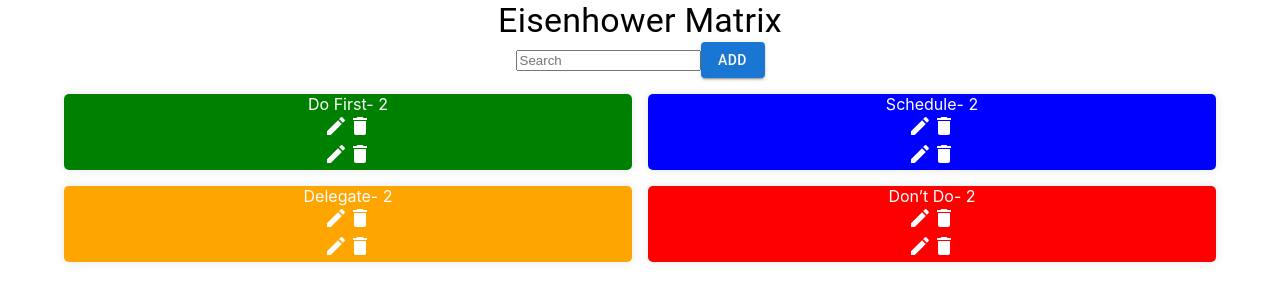
Repository: GokulDev4U/Krixi_react_assignment
Page: /
An editor plug-in stored every save of this project. The page is shown before and after the next save, followed by the edit.
The browser window is 1280 px wide. The pictures show the whole page.
The project was rebuilt for these pictures with package versions that can differ from the ones it lists, and the page was loaded fresh each time.

Above is the page before, as saved 2022-04-04 14:09:47.

### src/App.js
import React, { useState } from "react";
// import { Counter } from "./features/counter/Counter";
import { Container, Grid, Button, Typography } from "@mui/material";
import Card from "./Components/card/Card";
import "./App.css";
import { useDispatch, useSelector } from "react-redux";
import { add, remove, edit, selectTodo } from "./features/todo/todoSlice";

function App() {
  const dispatch = useDispatch();

  const [todo, setTodo] = useState("");
  return (
    <div className="App">
      <Container sx={{ flexGrow: 1 }}>
        <Typography variant="h4">Eisenhower Matrix</Typography>
        <Grid container spacing={2}>
          <Grid item xs={12}>
            <input
              type="text"
              placeholder="Search"
              onChange={(e) => setTodo(e.target.value)}
            />
            <Button
              variant="contained"
              color="primary"
              onClick={dispatch(add(todo))}
            >
              Add
            </Button>
          </Grid>
          <Grid item xs={6}>
            <Card color="green" title="Do First" />
          </Grid>
          <Grid item xs={6}>
            <Card color="blue" title="Schedule" />
          </Grid>
          <Grid item xs={6}>
            <Card color="orange" title="Delegate" />
          </Grid>
          <Grid item xs={6}>
            <Card color="red" title="Don’t Do" />
          </Grid>
        </Grid>
      </Container>
    </div>
  );
}

export default App;

### src/app/store.js
import { configureStore } from "@reduxjs/toolkit";
import todoReducer from "../features/todo/todoSlice";

export const store = configureStore({
  reducer: {
    todo: todoReducer,
  },
});

### src/Components/card/Card.jsx
import React from 'react';
import { useSelector } from 'react-redux';
import { selectTodo } from '../../features/todo/todoSlice';
import EditIcon from '@mui/icons-material/Edit';
import DeleteIcon from '@mui/icons-material/Delete';
import './Card.css';

const Card = ({ color, title }) => {
  const todos = useSelector(selectTodo);

  return (
    <div className='box' style={{ backgroundColor: `${color}` }}>
      <div className="card-title">
        {`${title}- ${2}`}
      </div>
      <div className="card-content">
        {todos.map((todo, index) => (
          <div key={index}>
            {todo}
            <EditIcon />
            <DeleteIcon />
          </div>
        ))}
      </div>
    </div>
  );
};

export default Card;

### src/features/todo/todoSlice.jsx
import { createSlice } from "@reduxjs/toolkit";

const initialState = {
    value: [],
};

export const todoSlice = createSlice({
    name: "todo",
    initialState,
    reducers: {
        add: (state, action) => {
            state.value.push(action.payload);
        },
        remove: (state) => {
            // state.value -= 1;
        },
        edit: (state, action) => {
            // state.value += action.payload;
        },
    },
});

export const { add, remove, edit } = todoSlice.actions;

export const selectTodo = (state) => state.todo.value;

export default todoSlice.reducer;

### src/Components/card/Card.css
 .box{
    width: 100%;
    height: 100%;
    color: #fff;
    border-radius: 5px;
    box-shadow: 0 0 10px rgba(0,0,0,0.1);
    overflow: hidden;
    cursor: pointer;
 }

Loaded but not shown: public/index.html (common file); src/index.js (common file); src/index.css (common file); src/serviceWorker.js (common file); src/App.css (common file)

After the next save:
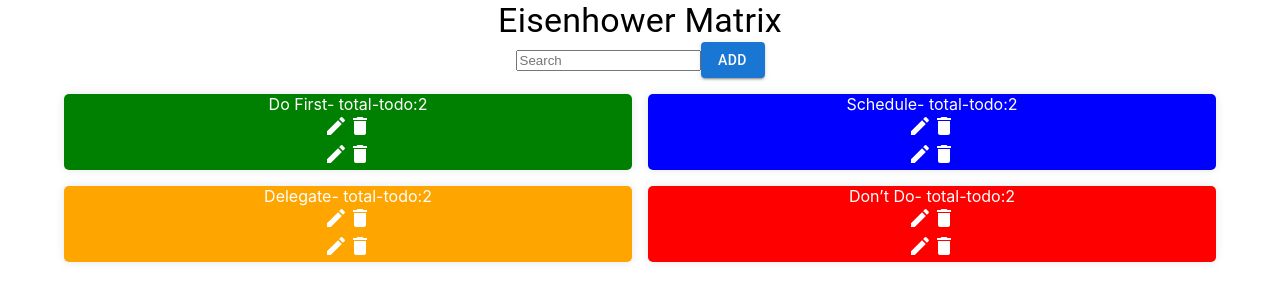
Saved 37 s later.
--- a/src/Components/card/Card.jsx
+++ b/src/Components/card/Card.jsx
@@ -11,7 +11,7 @@ const Card = ({ color, title }) => {
   return (
     <div className='box' style={{ backgroundColor: `${color}` }}>
       <div className="card-title">
-        {`${title}- ${2}`}
+        {`${title}- total-todo:${2}`}
       </div>
       <div className="card-content">
         {todos.map((todo, index) => (
